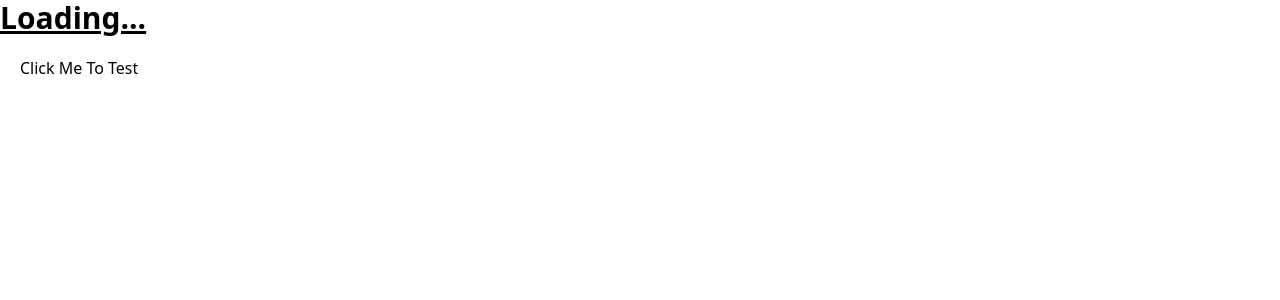
Repository: Renzo-Salosagcol/COGTracker
Page: /
The author's editor kept a copy of each file at every save. The page is drawn from the files as they stood at one save, then again after the next save.
The browser window is 1280 px wide. The pictures show the whole page.
The project was rebuilt for these pictures with package versions that can differ from the ones it lists, and the page was loaded fresh each time. Also part of the build but not shown: vite.config.js.

Above is the page before, as saved 2026-05-06 14:12:13.

After the next save:
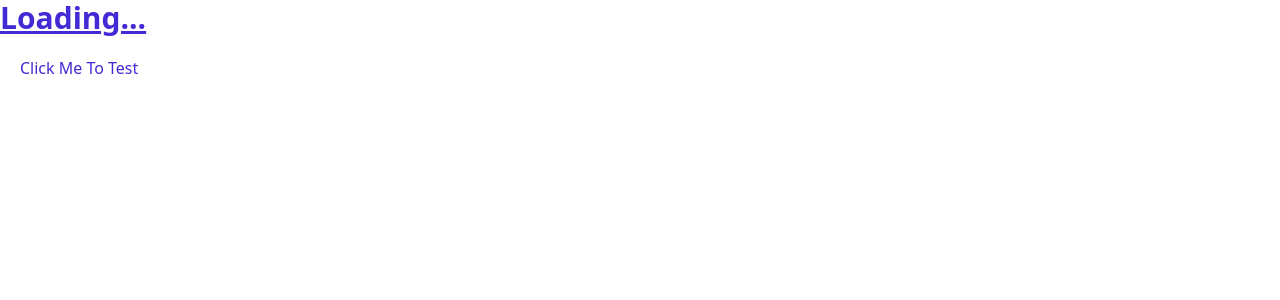
Saved 3 min 56 s later.
--- a/src/index.css
+++ b/src/index.css
@@ -1,4 +1,5 @@
 @import "tailwindcss";
+@plugin "daisyui";
 
 @theme {
   --color-background: var(--background);
